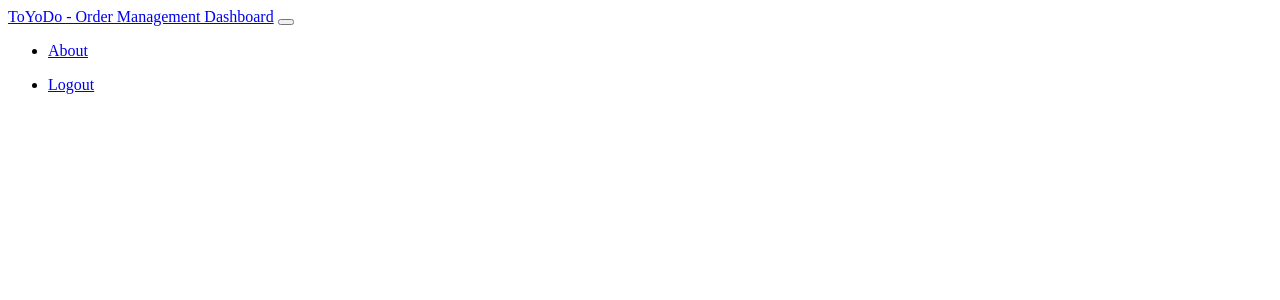
Repository: hrishibhattu/CodeFury-Internal-2
Page: ToYoDo/WebContent/WEB-INF/nav/dashboardNav.html
An editor plug-in stored every save of this project. The page is shown before and after the next save, followed by the edit.
The browser window is 1280 px wide. The pictures show the whole page.

Above is the page before, as saved 2021-09-18 21:37:49.

After the next save:
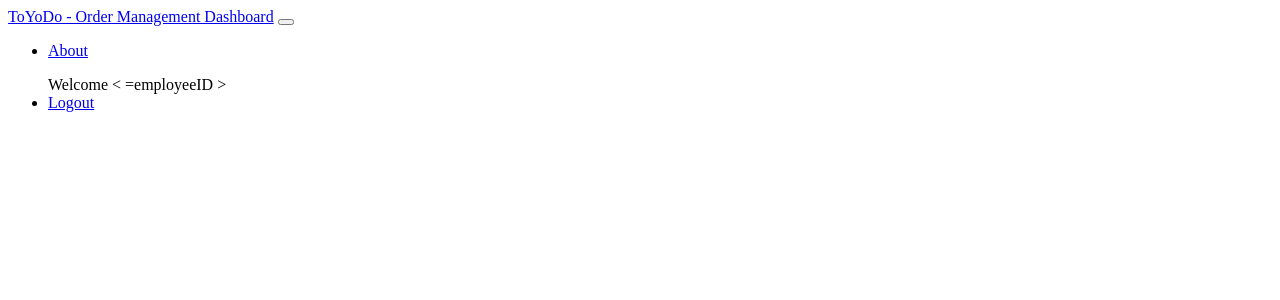
Saved 4 min 49 s later.
--- a/ToYoDo/WebContent/WEB-INF/nav/dashboardNav.html
+++ b/ToYoDo/WebContent/WEB-INF/nav/dashboardNav.html
@@ -12,6 +12,7 @@
 
 		</ul>
 		<ul class="nav navbar-nav">
+		Welcome &lt; =employeeID  &gt;
 			<li class="nav-item"><a class="nav-link" href="/ToYoDo/Logout">Logout</a></li>
 		</ul>
 	</div>

After the save that followed:
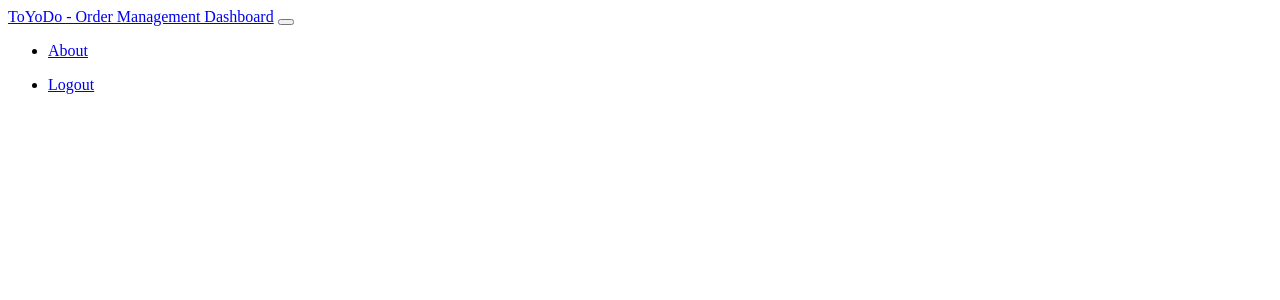
Saved 10 s later.
--- a/ToYoDo/WebContent/WEB-INF/nav/dashboardNav.html
+++ b/ToYoDo/WebContent/WEB-INF/nav/dashboardNav.html
@@ -12,7 +12,7 @@
 
 		</ul>
 		<ul class="nav navbar-nav">
-		Welcome &lt; =employeeID  &gt;
+
 			<li class="nav-item"><a class="nav-link" href="/ToYoDo/Logout">Logout</a></li>
 		</ul>
 	</div>
